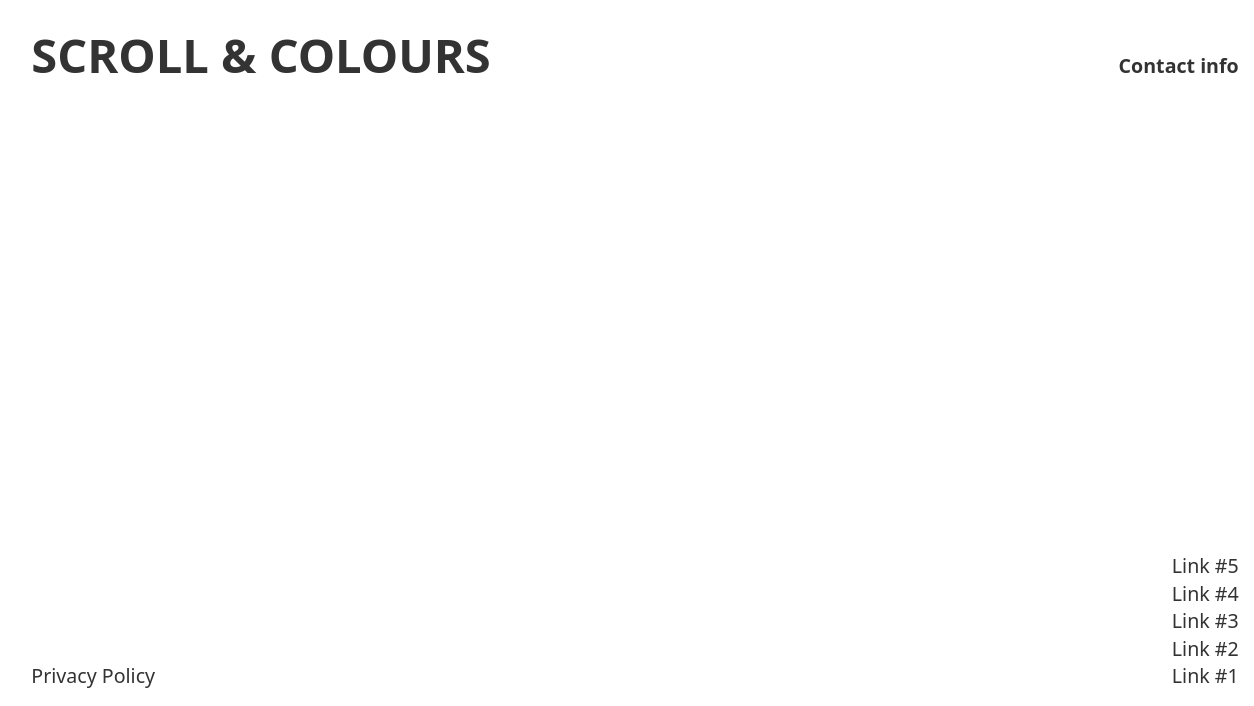
Repository: chelle-c/smooth-scroll-colours
Page: /
These files come from the project's save history. The page is drawn as it stood at one moment and after the next save; the edit follows.
The browser window is 1280 px wide. The pictures show the whole page, at 98% of full size.
The project was rebuilt for these pictures with package versions that can differ from the ones it lists, and the page was loaded fresh each time.

Above is the page before, as saved 2022-09-19 14:09:52.

After the next save:
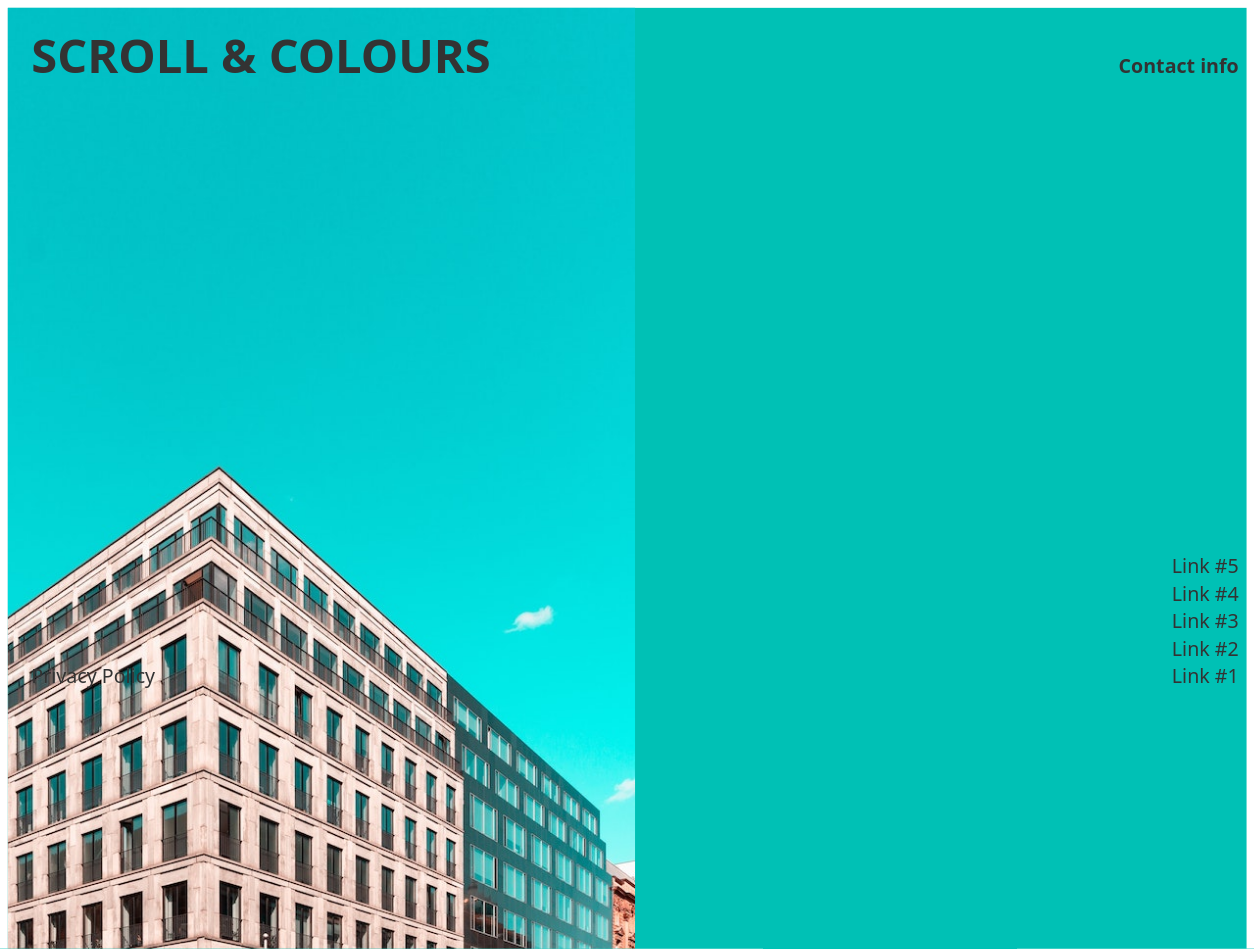
Saved 2 h 6 min later.
--- a/src/App.svelte
+++ b/src/App.svelte
@@ -20,6 +20,11 @@
 	</div>
 </main>
 
+<section id='section5'>
+	<div><img src='images/image-turquoise.jpg' alt='White building against turqoise sky'/></div>
+
+</section>
+
 <style global lang="postcss">
 	@tailwind base;
 	@tailwind components;
@@ -28,4 +33,8 @@
 	:global(body) {
 		padding: 0;
 	}
+
+	#section5 {
+		background: #00c1b5
+	}
 </style>
